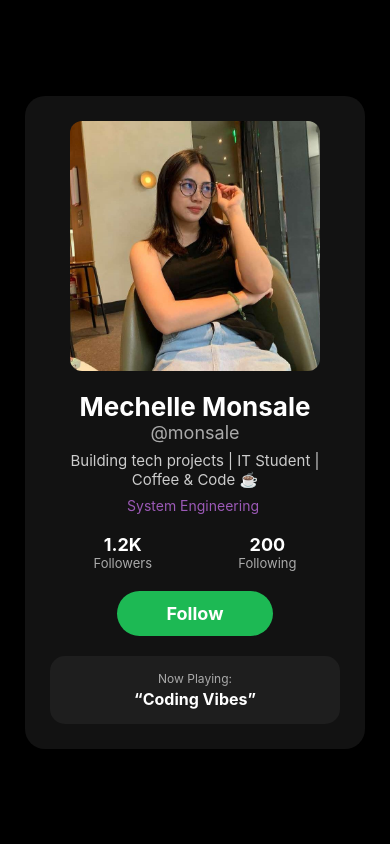
Repository: chelloraine/ProfileCard
Screen: /
The author's editor kept a copy of each file at every save. The screen is drawn from the files as they stood at one save, then again after the next save.
The app was drawn by React Native's web renderer in a window 390 px wide. The project was rebuilt for these pictures with package versions that can differ from the ones it lists, and the page was loaded fresh each time.

Above is the screen before, as saved 2025-08-31 23:25:06.

### App.tsx
import React from "react";
import { SafeAreaView, StyleSheet } from "react-native";
import ProfileCard from "./profileCard";

export default function App() {
  return (
    <SafeAreaView style={styles.container}>
      <ProfileCard />
    </SafeAreaView>
  );
}

const styles = StyleSheet.create({
  container: {
    flex: 1,
    backgroundColor: "#000", // dark Spotify vibe
    justifyContent: "center", // center vertically
    alignItems: "center",     // center horizontally
  },
});

### profileCard.js
import React, { useState } from "react";
import { View, Text, StyleSheet, Image, TouchableOpacity } from "react-native";

export default function ProfileCard() {
  const [following, setFollowing] = useState(false);

  const toggleFollow = () => setFollowing(!following);

  return (
    <View style={styles.card}>
      {/* Square profile image */}
      <Image
        source={require("./resources/profile.jpg")} // Change to your image path
        style={styles.squareImage}
      />

      {/* Profile Info */}
      <View style={styles.info}>
        <Text style={styles.name}>Mechelle Monsale</Text>
        <Text style={styles.username}>@monsale</Text>
        <Text style={styles.bio}>
          Building tech projects | IT Student | Coffee & Code ☕
        </Text>
        <Text style={styles.course}>System Engineering </Text>
      </View>

      {/* Followers / Following */}
      <View style={styles.stats}>
        <View style={styles.stat}>
          <Text style={styles.statNumber}>1.2K</Text>
          <Text style={styles.statLabel}>Followers</Text>
        </View>
        <View style={styles.stat}>
          <Text style={styles.statNumber}>200</Text>
          <Text style={styles.statLabel}>Following</Text>
        </View>
      </View>

      {/* Follow Button */}
      <TouchableOpacity
        style={[styles.followButton, following && styles.followingButton]}
        onPress={toggleFollow}
      >
        <Text style={styles.followText}>
          {following ? "Following" : "Follow"}
        </Text>
      </TouchableOpacity>

      {/* Music Player Placeholder */}
      <View style={styles.musicPlayer}>
        <Text style={styles.songTitle}>Now Playing:</Text>
        <Text style={styles.songName}>“Coding Vibes”</Text>
      </View>
    </View>
  );
}

const styles = StyleSheet.create({
  card: {
    backgroundColor: "#121212",
    borderRadius: 20,
    padding: 25,
    alignItems: "center",
    shadowColor: "#000",
    shadowOpacity: 0.5,
    shadowRadius: 12,
    shadowOffset: { width: 0, height: 6 },
    width: 340,
  },
  squareImage: {
    width: 250,
    height: 250,
    borderRadius: 12,
    marginBottom: 20,
  },
  info: {
    alignItems: "center",
    marginBottom: 20,
  },
  name: {
    fontSize: 26,
    fontWeight: "bold",
    color: "#fff",
  },
  username: {
    fontSize: 18,
    color: "#aaa",
    marginBottom: 8,
  },
  bio: {
    fontSize: 15,
    color: "#ccc",
    textAlign: "center",
    paddingHorizontal: 15,
    marginBottom: 6,
  },
  course: {
    fontSize: 14,
    color: "#9b59b6",
    textAlign: "center",
    marginTop: 2,
  },
  stats: {
    flexDirection: "row",
    justifyContent: "space-between",
    width: "70%",
    marginBottom: 20,
  },
  stat: {
    alignItems: "center",
  },
  statNumber: {
    fontSize: 18,
    fontWeight: "bold",
    color: "#fff",
  },
  statLabel: {
    fontSize: 13,
    color: "#aaa",
  },
  followButton: {
    backgroundColor: "#1DB954",
    paddingVertical: 12,
    paddingHorizontal: 50,
    borderRadius: 25,
    marginBottom: 20,
  },
  followingButton: {
    backgroundColor: "#555",
  },
  followText: {
    color: "#fff",
    fontSize: 18,
    fontWeight: "bold",
  },
  musicPlayer: {
    backgroundColor: "#1e1e1e",
    padding: 15,
    borderRadius: 15,
    width: "100%",
    alignItems: "center",
  },
  songTitle: {
    color: "#aaa",
    fontSize: 12,
    marginBottom: 3,
  },
  songName: {
    color: "#fff",
    fontSize: 16,
    fontWeight: "bold",
  },
});

After the next save:
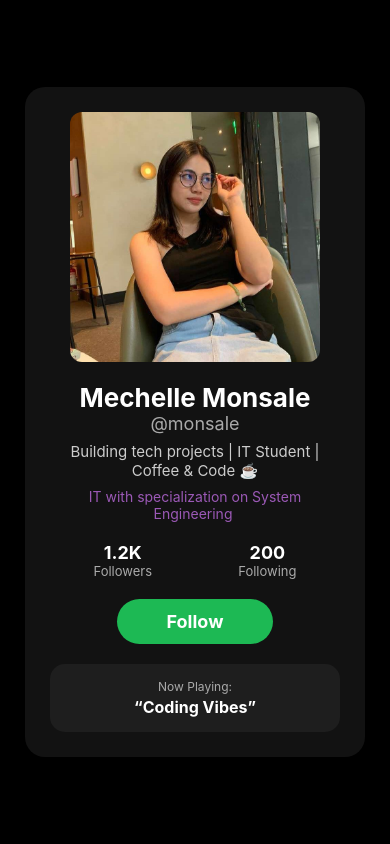
Saved 11 s later.
--- a/profileCard.js
+++ b/profileCard.js
@@ -21,7 +21,7 @@
         <Text style={styles.bio}>
           Building tech projects | IT Student | Coffee & Code ☕
         </Text>
-        <Text style={styles.course}>System Engineering </Text>
+        <Text style={styles.course}>IT with specialization on System Engineering </Text>
       </View>
 
       {/* Followers / Following */}

After the save that followed:
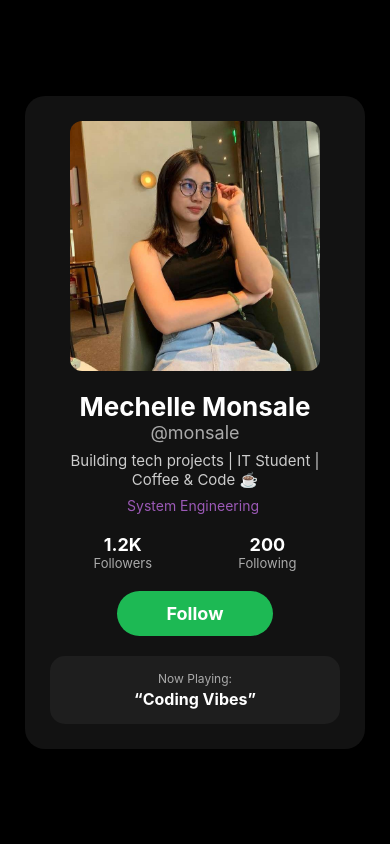
Saved 7 s later.
--- a/profileCard.js
+++ b/profileCard.js
@@ -21,7 +21,7 @@
         <Text style={styles.bio}>
           Building tech projects | IT Student | Coffee & Code ☕
         </Text>
-        <Text style={styles.course}>IT with specialization on System Engineering </Text>
+        <Text style={styles.course}>System Engineering </Text>
       </View>
 
       {/* Followers / Following */}
